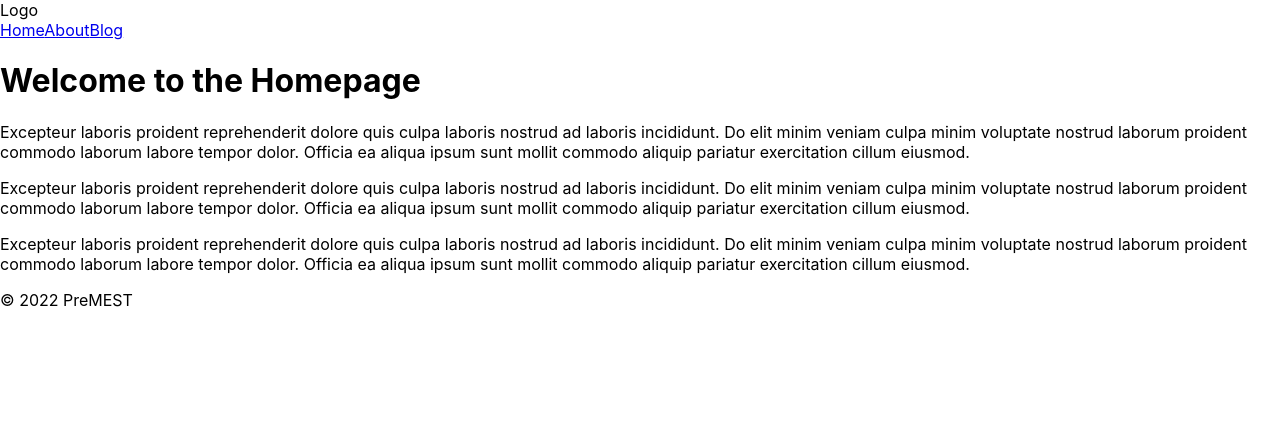
Repository: bayorwor/premest-router
Page: /
The author's editor kept a copy of each file at every save. The page is drawn from the files as they stood at one save, then again after the next save.
The browser window is 1280 px wide. The pictures show the whole page.
The project was rebuilt for these pictures with package versions that can differ from the ones it lists, and the page was loaded fresh each time. Also part of the build but not shown: src/pages/About.js, src/pages/Blog.js.

Above is the page before, as saved 2022-04-01 09:49:19.

### src/index.js
import React from "react";
import ReactDOM from "react-dom";
import { BrowserRouter } from "react-router-dom";
import App from "./App";
import "./styles/index.css";

ReactDOM.render(
  <BrowserRouter>
    <App />
  </BrowserRouter>,
  document.getElementById("root")
);

### src/App.js
import { Route, Routes, Navigate } from "react-router-dom";
import Home from "./pages/Home";
import About from "./pages/About";
import Blog from "./pages/Blog";

function App() {
  return (
    <Routes>
      <Route path="/" element={<Home />} />
      <Route path="/about" element={<About />} />
      <Route path="/blog" element={<Blog />} />
      <Route path="*" element={<Navigate to="/" />} />
    </Routes>
  );
}

export default App;

### src/pages/Home.js
import withLayout from "./withLayout";

function Home() {
  return (
    <div>
      <h1> Welcome to the Homepage </h1>

      <div>
        <p>
          Excepteur laboris proident reprehenderit dolore quis culpa laboris
          nostrud ad laboris incididunt. Do elit minim veniam culpa minim
          voluptate nostrud laborum proident commodo laborum labore tempor
          dolor. Officia ea aliqua ipsum sunt mollit commodo aliquip pariatur
          exercitation cillum eiusmod.
        </p>
        <p>
          Excepteur laboris proident reprehenderit dolore quis culpa laboris
          nostrud ad laboris incididunt. Do elit minim veniam culpa minim
          voluptate nostrud laborum proident commodo laborum labore tempor
          dolor. Officia ea aliqua ipsum sunt mollit commodo aliquip pariatur
          exercitation cillum eiusmod.
        </p>
        <p>
          Excepteur laboris proident reprehenderit dolore quis culpa laboris
          nostrud ad laboris incididunt. Do elit minim veniam culpa minim
          voluptate nostrud laborum proident commodo laborum labore tempor
          dolor. Officia ea aliqua ipsum sunt mollit commodo aliquip pariatur
          exercitation cillum eiusmod.
        </p>
      </div>
    </div>
  );
}

export default withLayout(Home);

### src/pages/withLayout.js
import { Link } from "react-router-dom";

function withLayout(Component) {
  function Layout() {
    return (
      <div className="layout">
        <header className="appbar">
          <span>Logo</span>
          <div>
            <nav>
              <span className="nav-link">
                <Link to="/">Home</Link>
              </span>
              <span className="nav-link">
                <Link to="/about">About</Link>
              </span>
              <span className="nav-link">
                <Link to="/blog">Blog</Link>
              </span>
            </nav>
          </div>
        </header>
        <main className="main-component">
          <Component />
        </main>
        <footer>&copy; 2022 PreMEST</footer>
      </div>
    );
  }

  return Layout;
}

export default withLayout;

Loaded but not shown: public/index.html (common file); src/index.css (common file)

After the next save:
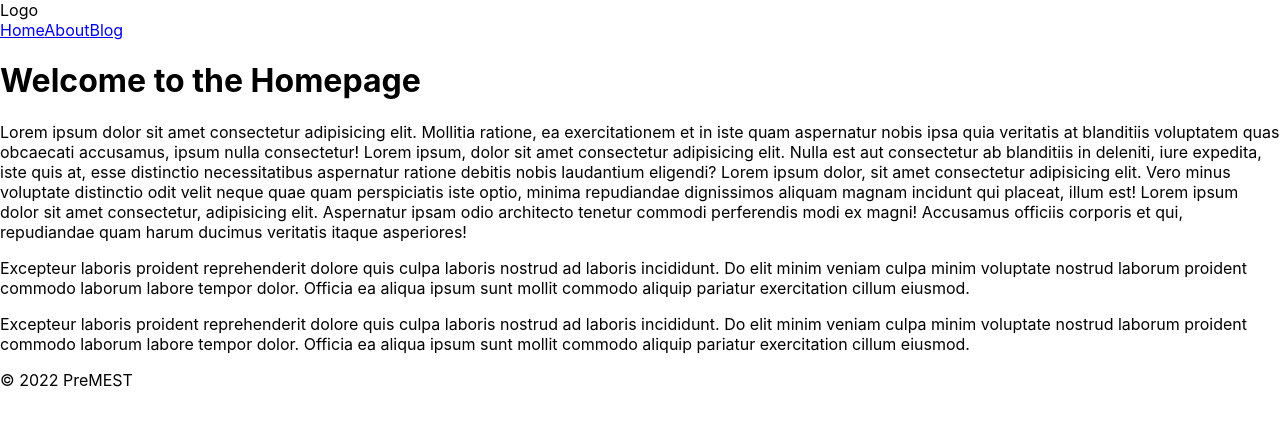
Saved 47 s later.
--- a/src/pages/Home.js
+++ b/src/pages/Home.js
@@ -7,11 +7,20 @@ function Home() {
 
       <div>
         <p>
-          Excepteur laboris proident reprehenderit dolore quis culpa laboris
-          nostrud ad laboris incididunt. Do elit minim veniam culpa minim
-          voluptate nostrud laborum proident commodo laborum labore tempor
-          dolor. Officia ea aliqua ipsum sunt mollit commodo aliquip pariatur
-          exercitation cillum eiusmod.
+          Lorem ipsum dolor sit amet consectetur adipisicing elit. Mollitia
+          ratione, ea exercitationem et in iste quam aspernatur nobis ipsa quia
+          veritatis at blanditiis voluptatem quas obcaecati accusamus, ipsum
+          nulla consectetur! Lorem ipsum, dolor sit amet consectetur adipisicing
+          elit. Nulla est aut consectetur ab blanditiis in deleniti, iure
+          expedita, iste quis at, esse distinctio necessitatibus aspernatur
+          ratione debitis nobis laudantium eligendi? Lorem ipsum dolor, sit amet
+          consectetur adipisicing elit. Vero minus voluptate distinctio odit
+          velit neque quae quam perspiciatis iste optio, minima repudiandae
+          dignissimos aliquam magnam incidunt qui placeat, illum est! Lorem
+          ipsum dolor sit amet consectetur, adipisicing elit. Aspernatur ipsam
+          odio architecto tenetur commodi perferendis modi ex magni! Accusamus
+          officiis corporis et qui, repudiandae quam harum ducimus veritatis
+          itaque asperiores!
         </p>
         <p>
           Excepteur laboris proident reprehenderit dolore quis culpa laboris
